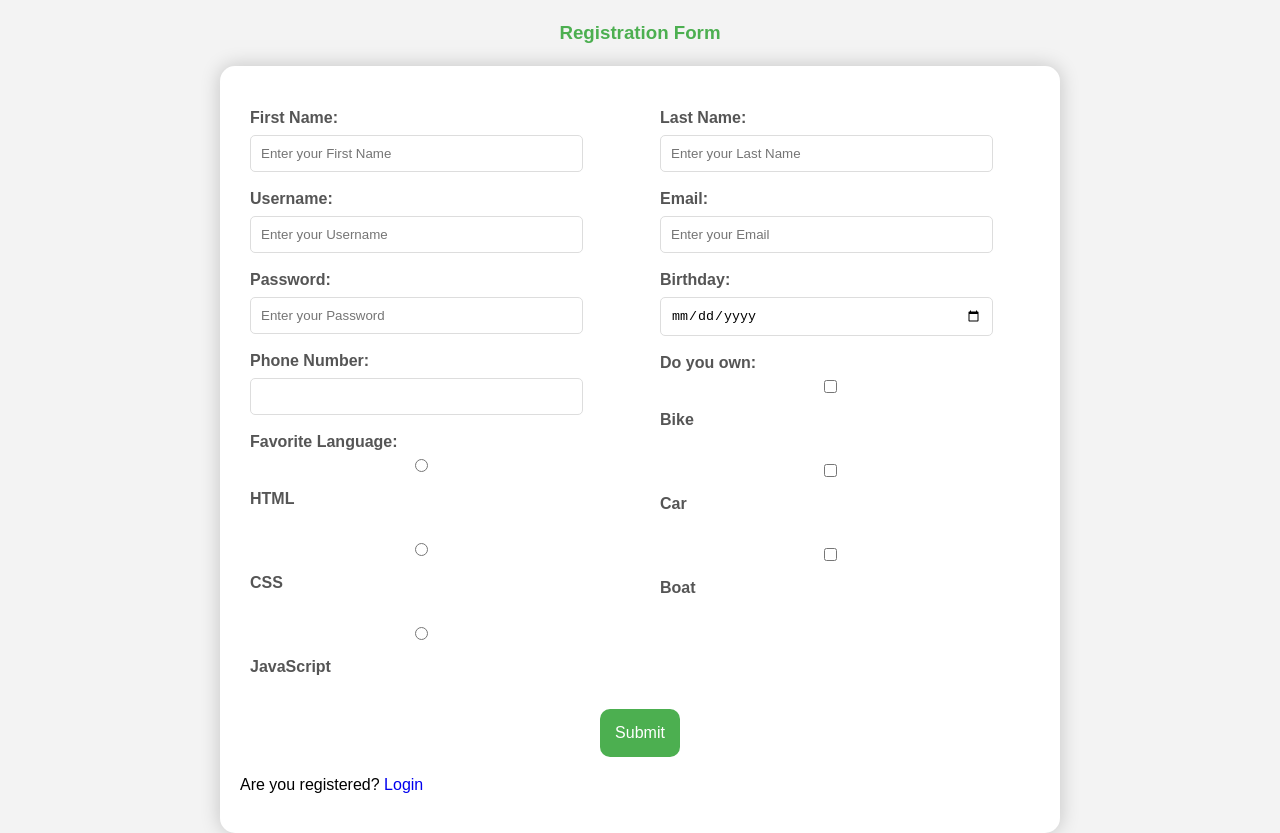
Repository: alizey12/Regestratin-Form-js
Page: regester.html
These files come from the project's save history. The page is drawn as it stood at one moment and after a run of saves; the edit follows.
The browser window is 1280 px wide. The pictures show the whole page.

Above is the page before, as saved 2024-11-29 18:43:06.

After the next 3 saves:
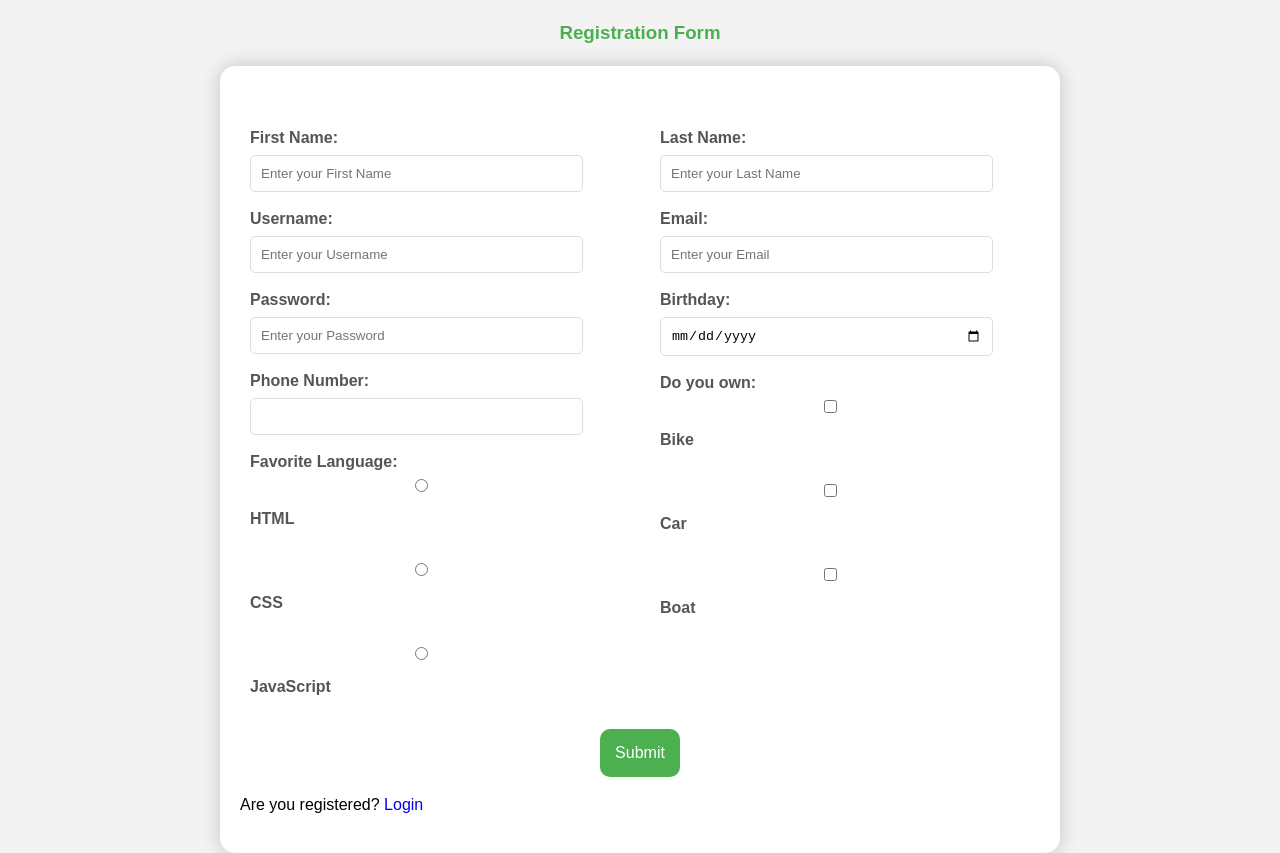
The 3 saves are shown as one change because they came seconds apart.
The last was saved 8 s later.
--- a/regester.css
+++ b/regester.css
@@ -62,7 +62,7 @@ button {
 
 .grid-container {
     display: grid;
-    mt-20px;
+    margin-top: 20px;
     grid-template-columns: 1fr 1fr;
     gap: 20px;
 }
